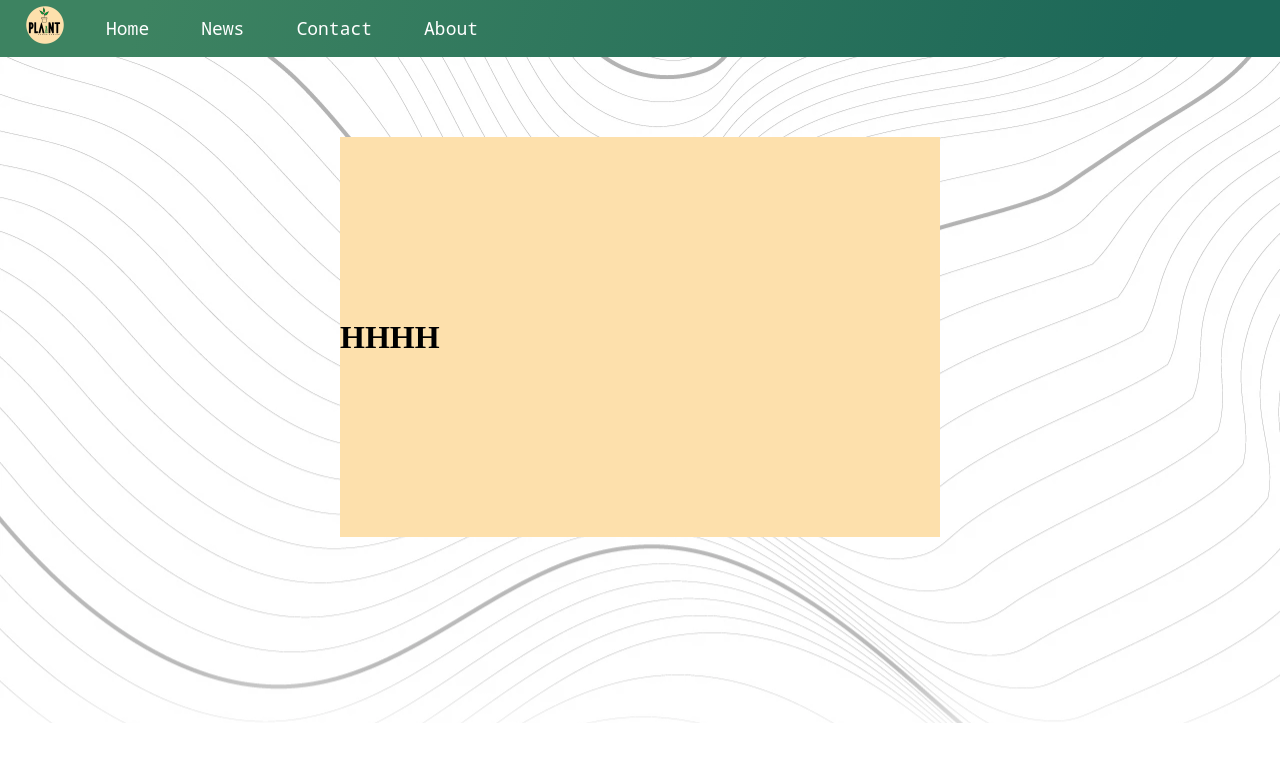
Repository: Flexo874/ISITECH-HTML-CSS
Page: about.html
The author's editor kept a copy of each file at every save. The page is drawn from the files as they stood at one save, then again after the next save.
The browser window is 1280 px wide. The pictures show the whole page.

Above is the page before, as saved 2024-01-04 16:44:36.

### about.html
<!DOCTYPE html>
<html lang="en">
    <head>

        <link rel="icon" href="/images/logo_render_v2.png">
        <title>Plantes & Co</title>
        <link rel="stylesheet" href="about.css">
    </head>
    <body>
        <ul>
            <li>  <img src="images/logo_render_v2.png" alt="Logo"></li>
            <li><a href="#home">Home</a></li>
            <li><a href="#news">News</a></li>
            <li><a href="/contact/contact.html">Contact</a></li>
            <li><a href="#about">About</a></li>
        </ul>

        <div class="plant-img">
            <div class="fade">

            </div>
            <div class="comment">
                <h1>HHHH</h1>
            </div>
        </div>





    </body>
</html>

### about.css
* {
    margin: 0;
    padding: 0;
    scroll-behavior: smooth;
  }
  ul {
    list-style-type: none;
    margin: 0;
    padding: 0;
    overflow: hidden;
    background-image: linear-gradient(
      109.6deg,
      rgba(61, 131, 97, 1) 11.2%,
      rgba(28, 103, 88, 1) 91.1%
    );
    display: flex;
    list-style: none;
    box-sizing: border-box;
    justify-content: left;
  }

  li img {
    width: 50px;
    height: auto;
    vertical-align: middle;
  }

  li {
    position: relative;
    margin-left: 20px;
  }

  li a {
    display: block;
    color: white;
    text-align: center;
    padding: 18px 16px;
    text-decoration: none;
    font-size: 18px;
    transition: 0.4s ease-in-out;
    position: center;
    font-family: "Noto Mono", monospace;
  }

  li a:hover {
    background-color: #00564B;
    border-radius: 5px;
    transform: scale(1.2);
  }


  .plant-img  {
    width: 100%;
    height: 52vw;
    object-fit: cover;
    overflow: hidden;
    background-image:url(images/lines.webp);
    justify-content: center;
    display: flex;
    vertical-align: middle;
  }

  .plant-img > .fade {
    position: absolute;
    width: 100%;
    height: 100%;
    display: flex;
    justify-content: center;
    background-image: linear-gradient(0deg, white 0%, rgba(0,0,0,0) 15%);
  }


  .plant-img > .comment{
    position: relative;
    align-items: center;
    width: 600px;
    background-color:#FDE0AC;
    height: 400px;
    display: flex;
    align-items:center;
    margin-top: 80px;
  }

  .comment p{
    text-align: center;
  }

After the next save:
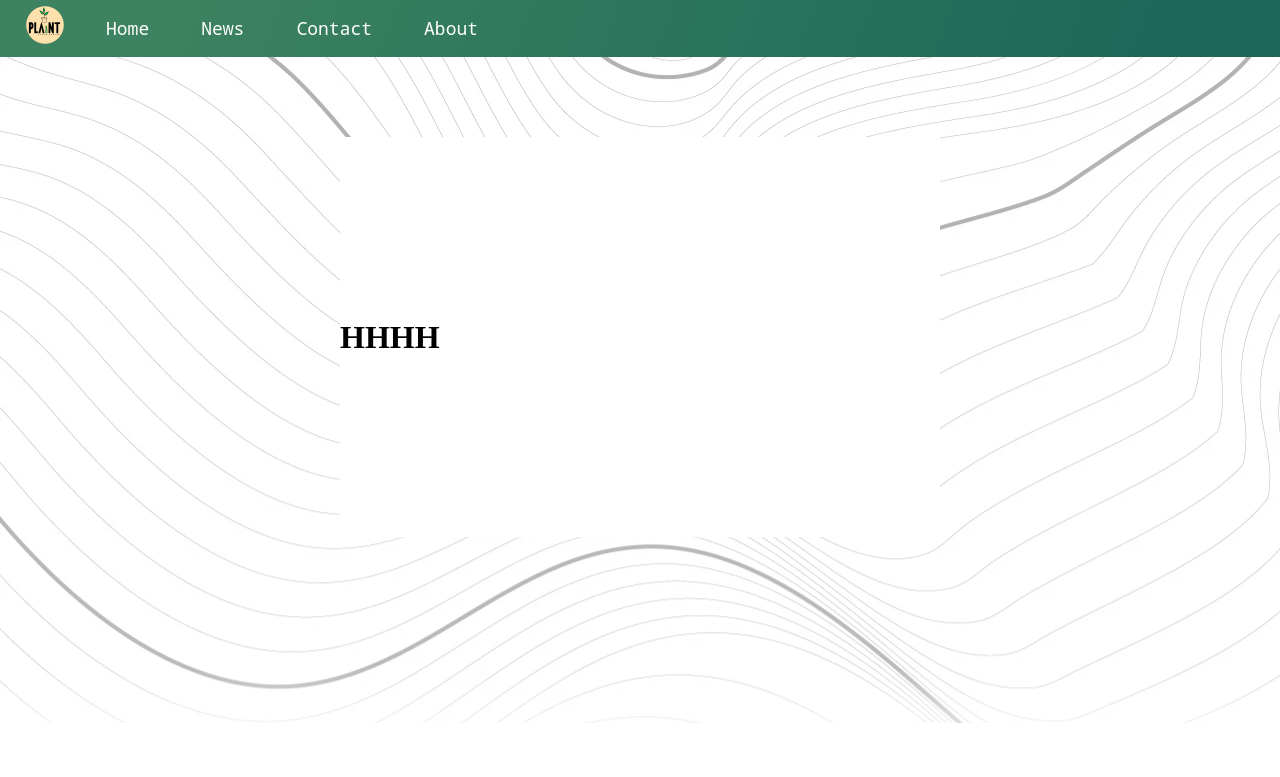
Saved 12 s later.
--- a/about.css
+++ b/about.css
@@ -74,7 +74,7 @@
     position: relative;
     align-items: center;
     width: 600px;
-    background-color:#FDE0AC;
+    background-color:white;
     height: 400px;
     display: flex;
     align-items:center;
